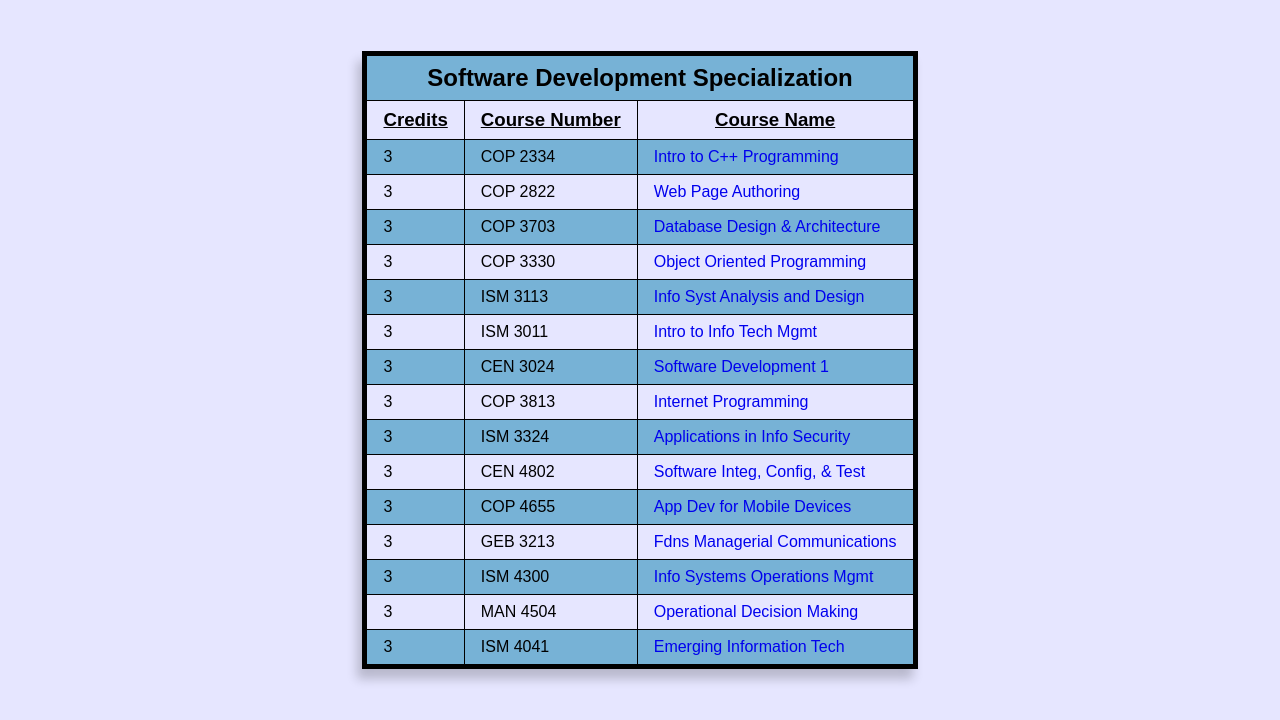
Repository: mlmEFSC21/P5-DegreeTableStyling
Page: FormattedProgramSpecialization3.html
The author's editor kept a copy of each file at every save. The page is drawn from the files as they stood at one save, then again after the next save.
The browser window is 1280 px wide. The pictures show the whole page.
Some web fonts or font styles are not loaded; a fallback is used.

Above is the page before, as saved 2022-02-07 16:31:07.

### FormattedProgramSpecialization3.html
<!DOCTYPE html>
<html lang="en">
    <head>
        <meta charset="UTF-8" />
        <meta http-equiv="X-UA-Compatible" content="IE=edge" />
        <meta name="viewport" content="width=device-width, initial-scale=1.0" />
        <link rel="stylesheet" href="tableStyles.css" />
        <title>Degree Specialization Table</title>
    </head>
    <body>
        <table>
            <thead>
                <tr class="tableTitle">
                    <th colspan="3">Software Development Specialization</th>
                </tr>
                <tr class="colTitles">
                    <th>Credits</th>
                    <th>Course Number</th>
                    <th>Course Name</th>
                </tr>
            </thead>
            <tbody>
                <tr>
                    <td>3</td>
                    <td>COP 2334</td>
                    <td>
                        <a
                            href="https://bannerweb.easternflorida.edu/prod/bwckctlg.p_disp_course_detail?cat_term_in=202210&subj_code_in=COP&crse_numb_in=2334"
                            >Intro to C++ Programming</a
                        >
                    </td>
                </tr>
                <tr>
                    <td>3</td>
                    <td>COP 2822</td>
                    <td>
                        <a
                            href="https://bannerweb.easternflorida.edu/prod/bwckctlg.p_disp_course_detail?cat_term_in=202210&subj_code_in=COP&crse_numb_in=2822"
                            >Web Page Authoring</a
                        >
                    </td>
                </tr>
                <tr>
                    <td>3</td>
                    <td>COP 3703</td>
                    <td>
                        <a
                            href="https://bannerweb.easternflorida.edu/prod/bwckctlg.p_disp_course_detail?cat_term_in=202210&subj_code_in=COP&crse_numb_in=3703"
                            >Database Design & Architecture</a
                        >
                    </td>
                </tr>
                <tr>
                    <td>3</td>
                    <td>COP 3330</td>
                    <td>
                        <a
                            href="https://bannerweb.easternflorida.edu/prod/bwckctlg.p_disp_course_detail?cat_term_in=202210&subj_code_in=COP&crse_numb_in=3330"
                            >Object Oriented Programming</a
                        >
                    </td>
                </tr>
                <tr>
                    <td>3</td>
                    <td>ISM 3113</td>
                    <td>
                        <a
                            href="https://bannerweb.easternflorida.edu/prod/bwckctlg.p_disp_course_detail?cat_term_in=202210&subj_code_in=ISM&crse_numb_in=3113"
                            >Info Syst Analysis and Design</a
                        >
                    </td>
                </tr>
                <tr>
                    <td>3</td>
                    <td>ISM 3011</td>
                    <td>
                        <a
                            href="https://bannerweb.easternflorida.edu/prod/bwckctlg.p_disp_course_detail?cat_term_in=202210&subj_code_in=ISM&crse_numb_in=3011"
                            >Intro to Info Tech Mgmt</a
                        >
                    </td>
                </tr>
                <tr>
                    <td>3</td>
                    <td>CEN 3024</td>
                    <td>
                        <a
                            href="https://bannerweb.easternflorida.edu/prod/bwckctlg.p_disp_course_detail?cat_term_in=202210&subj_code_in=CEN&crse_numb_in=3024"
                            >Software Development 1</a
                        >
                    </td>
                </tr>
                <tr>
                    <td>3</td>
                    <td>COP 3813</td>
                    <td>
                        <a
                            href="https://bannerweb.easternflorida.edu/prod/bwckctlg.p_disp_course_detail?cat_term_in=202210&subj_code_in=COP&crse_numb_in=3813"
                            >Internet Programming</a
                        >
                    </td>
                </tr>
                <tr>
                    <td>3</td>
                    <td>ISM 3324</td>
                    <td>
                        <a
                            href="https://bannerweb.easternflorida.edu/prod/bwckctlg.p_disp_course_detail?cat_term_in=202210&subj_code_in=ISM&crse_numb_in=3324"
                            >Applications in Info Security</a
                        >
                    </td>
                </tr>
                <tr>
                    <td>3</td>
                    <td>CEN 4802</td>
                    <td>
                        <a
                            href="https://bannerweb.easternflorida.edu/prod/bwckctlg.p_disp_course_detail?cat_term_in=202210&subj_code_in=CEN&crse_numb_in=4802"
                            >Software Integ, Config, & Test</a
                        >
                    </td>
                </tr>
                <tr>
                    <td>3</td>
                    <td>COP 4655</td>
                    <td>
                        <a
                            href="https://bannerweb.easternflorida.edu/prod/bwckctlg.p_disp_course_detail?cat_term_in=202210&subj_code_in=COP&crse_numb_in=4655"
                            >App Dev for Mobile Devices</a
                        >
                    </td>
                </tr>
                <tr>
                    <td>3</td>
                    <td>GEB 3213</td>
                    <td>
                        <a
                            href="https://bannerweb.easternflorida.edu/prod/bwckctlg.p_disp_course_detail?cat_term_in=202210&subj_code_in=GEB&crse_numb_in=3213"
                            >Fdns Managerial Communications</a
                        >
                    </td>
                </tr>
                <tr>
                    <td>3</td>
                    <td>ISM 4300</td>
                    <td>
                        <a
                            href="https://bannerweb.easternflorida.edu/prod/bwckctlg.p_disp_course_detail?cat_term_in=202210&subj_code_in=ISM&crse_numb_in=4300"
                            >Info Systems Operations Mgmt</a
                        >
                    </td>
                </tr>
                <tr>
                    <td>3</td>
                    <td>MAN 4504</td>
                    <td>
                        <a
                            href="https://bannerweb.easternflorida.edu/prod/bwckctlg.p_disp_course_detail?cat_term_in=202210&subj_code_in=MAN&crse_numb_in=4504"
                            >Operational Decision Making</a
                        >
                    </td>
                </tr>
                <tr>
                    <td>3</td>
                    <td>ISM 4041</td>
                    <td>
                        <a
                            href="https://bannerweb.easternflorida.edu/prod/bwckctlg.p_disp_course_detail?cat_term_in=202210&subj_code_in=ISM&crse_numb_in=4041"
                            >Emerging Information Tech</a
                        >
                    </td>
                </tr>
            </tbody>
        </table>
    </body>
</html>

### tableStyles.css
@import url("https://fonts.googleapis.com/css2?family=Spectral:wght@400&display=swap");

:root {
    --clr-prime: #003c5e;
    --clr-second: #1a2028;
    --clr-accent: #a2ce06;
    --clr-font-prime: #77b2d6;
    --clr-font-second: black;
    --clr-background: #e6e6ff;
}
*,
*::before,
*::after {
    margin: 0;
    padding: 0;
    box-sizing: border-box;
}
body {
    font-family: Spectral, sans-serif;
    height: 100vh;
    display: grid;
    align-items: center;
    justify-content: center;
    background-color: var(--clr-background);
}
/* border added here (increased size to 5px) */
table {
    border-collapse: collapse;
    box-shadow: -5px 10px 10px rgba(0, 0, 0, 0.2);
    border: 5px solid black;
    padding: 0.25rem;
}
/* centered text of first to rows (table header) */
thead {
    text-align: center;
}
/* used two classes to change the sizes, decorations, etc. */
.tableTitle {
    font-size: 18pt;
    font-weight: bold;
    text-align: center;
}
.colTitles {
    font-size: 14pt;
    text-decoration: underline;
}
th {
    border: 1px solid black;
    padding: 0.5rem 1rem;
}
/* added the font size and text alignment for the row data here */
td {
    border: 1px solid black;
    padding: 0.5rem 1rem;
    font-size: 12pt;
    text-align: left;
}
tr:nth-child(odd) {
    background-color: var(--clr-font-prime);
}
a {
    text-decoration: none;
}
a:hover {
    color: var(--clr-prime);
    text-decoration: underline;
}

After the next save:
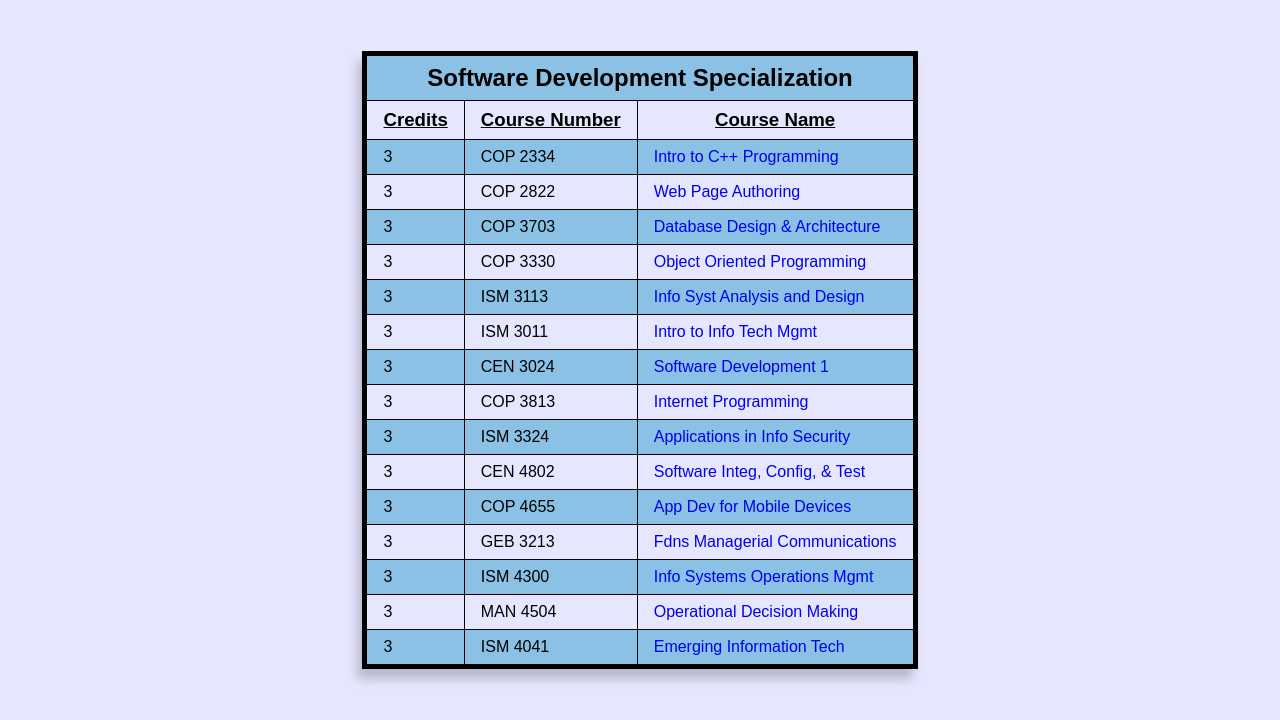
Saved 6 s later.
--- a/tableStyles.css
+++ b/tableStyles.css
@@ -4,7 +4,7 @@
     --clr-prime: #003c5e;
     --clr-second: #1a2028;
     --clr-accent: #a2ce06;
-    --clr-font-prime: #77b2d6;
+    --clr-font-prime: #8ac1e4;
     --clr-font-second: black;
     --clr-background: #e6e6ff;
 }
